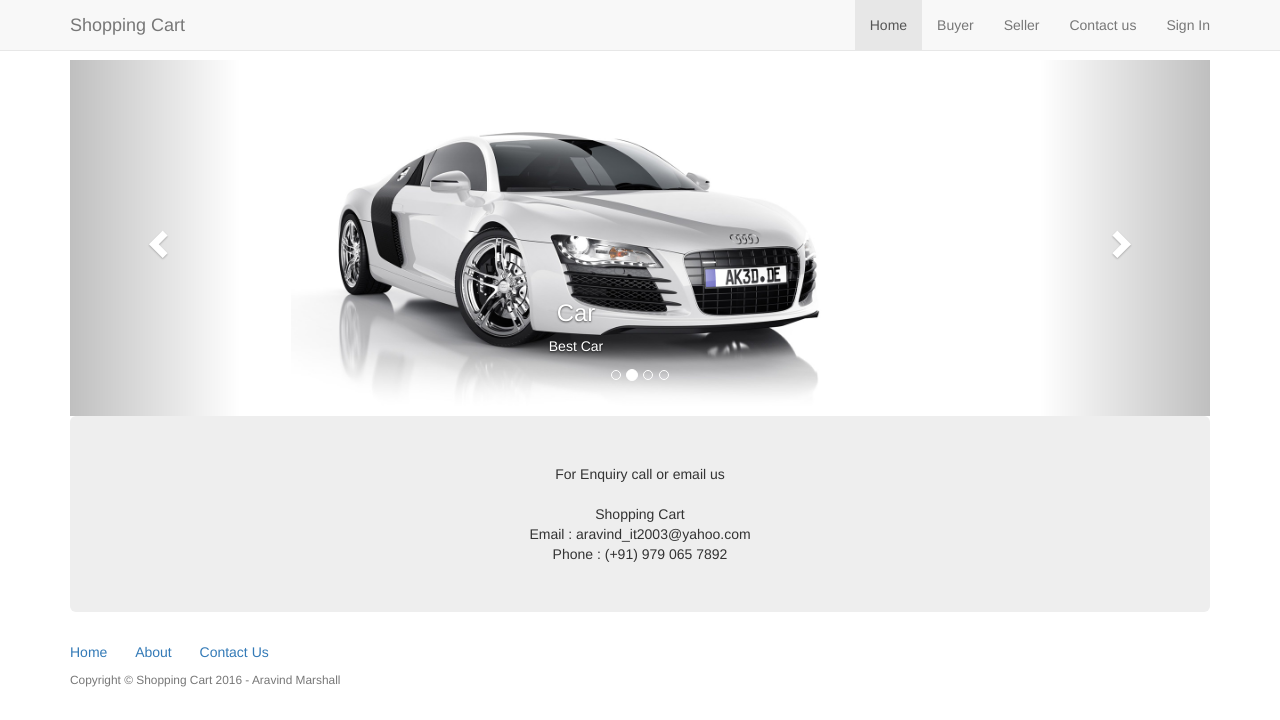
Repository: AravindMarshall/ShoppingCart
Page: http://localhost/Phineas/ContactUs.jsp
An editor plug-in stored every save of this project. The page is shown before and after the next save, followed by the edit.
The browser window is 1280 px wide. The pictures show the whole page.
The page is served by Tomcat 9.

Above is the page before, as saved 2016-06-11 19:43:57.

After the next save:
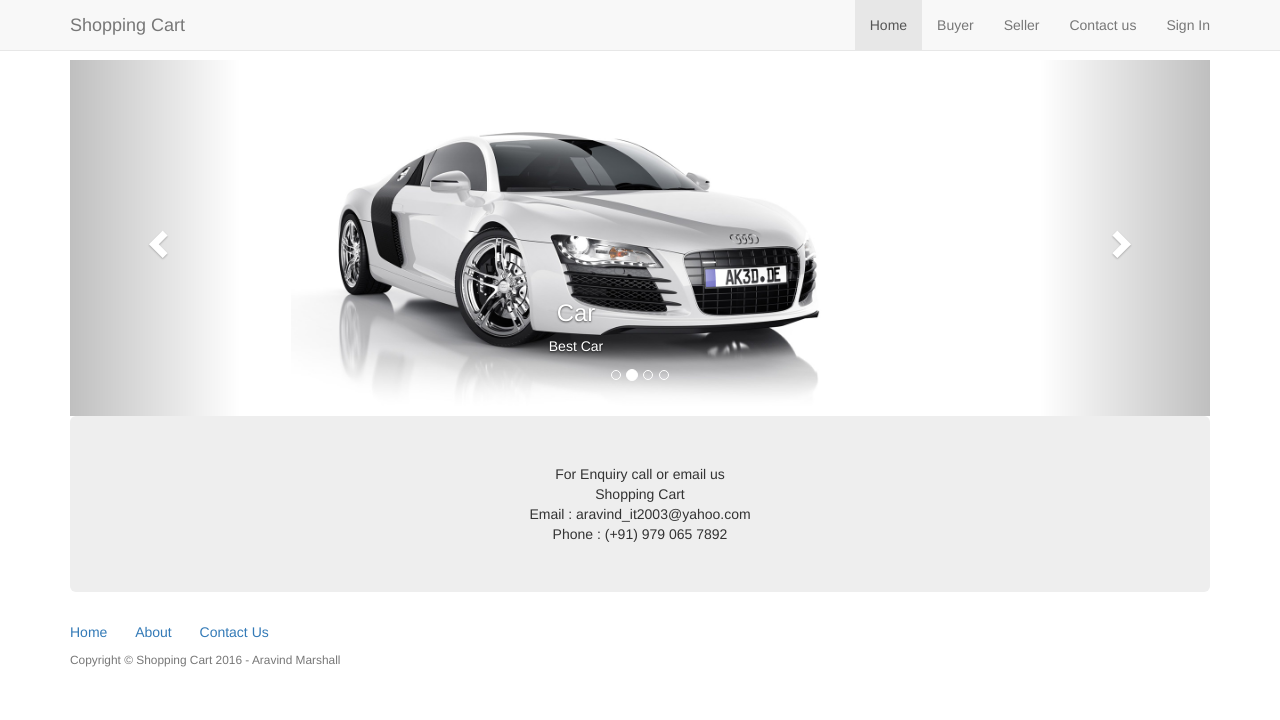
Saved 41 s later.
--- a/NIIT Shopping Cart/Phineas/WebContent/ContactUs.jsp
+++ b/NIIT Shopping Cart/Phineas/WebContent/ContactUs.jsp
@@ -110,7 +110,7 @@
     </a>
   </div>
 <div class ="jumbotron" align="center">
-For Enquiry call or email us<br><br>
+For Enquiry call or email us<br>
 Shopping Cart<br>
 Email : aravind_it2003@yahoo.com<br>
 Phone : (+91) 979 065 7892
